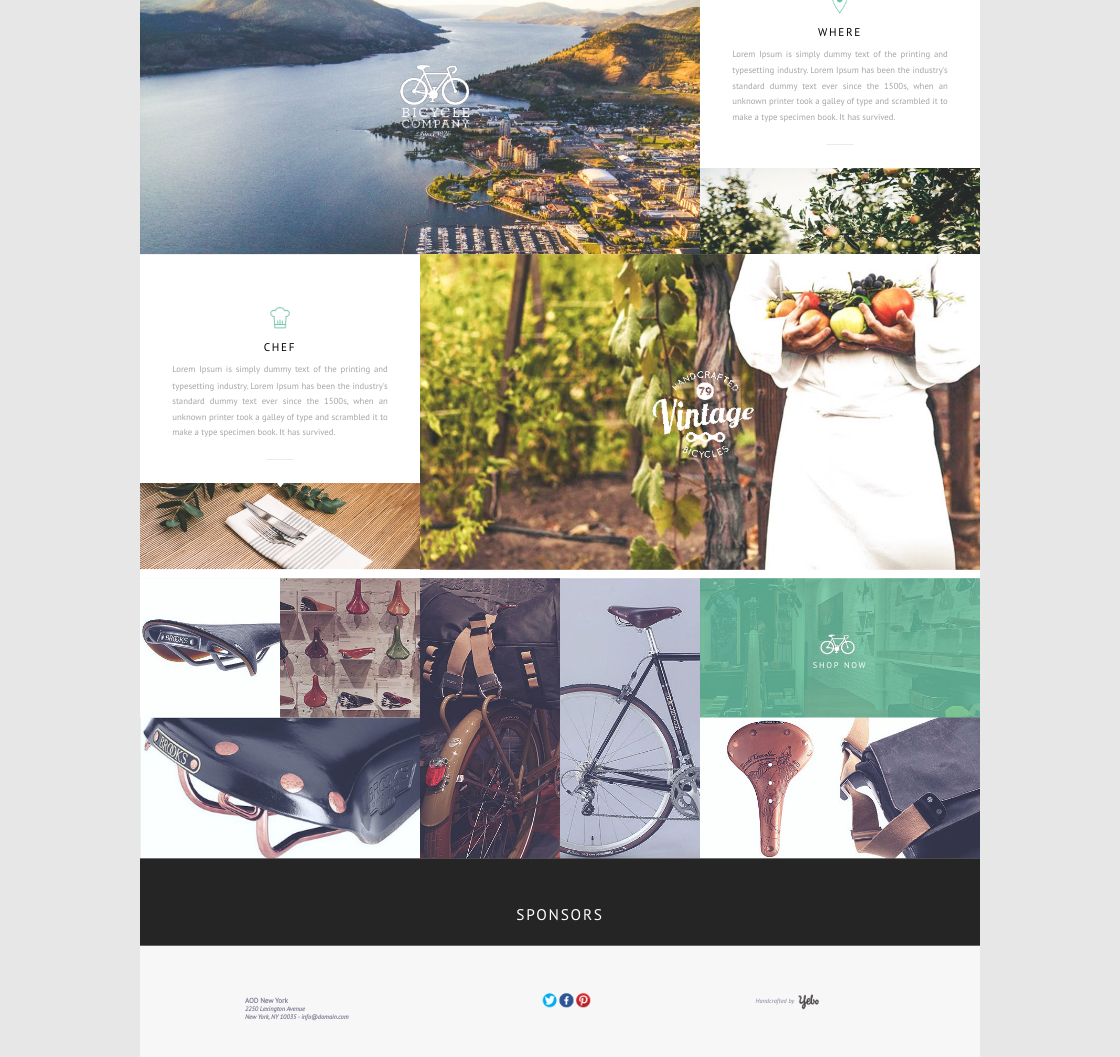
Repository: vancodes/longtable
Page: index.html
The author's editor kept a copy of each file at every save. The page is drawn from the files as they stood at one save, then again after the next save.
The browser window is 1280 px wide. The page is 1600 px wide, so the pictures cover 1600 px, including what lies to the right of the window. The pictures show the part of the page from y = 1260 to 2820 px (the page is 2770 px tall before and 2820 px after), at 70% of full size.

Above is the page before, as saved 2019-04-08 15:35:48.

### index.html
<!DOCTYPE html>
<html>

<head>
  <meta charset="utf-8">
  <link href="index.css" type="text/css" rel="stylesheet">
  <title>Long table</title>
</head>

<body>
  <div class="wrapper">
    <!--Intro Section-->
    <div class="topbar">
      <h1>
      <ul>
        <li><a href="#">About Us</a></li>
    	   <p>.</p>
        <li><a href="#">Info</a></li>
        <li><a href="#"><img src="assets\logo.png" alt="logo"></a></li>
        <li><a href="https://www.gofundme.com/breast-lung-and-melanoma-cancer">Donate</a></li>
    	   <p>.</p>
        <li><a href="#">Contact</a></li>
      </ul>
    </h1>
    </div>
    <div class="hero">
      <img src="assets/cover.jpg" alt="">
    </div>
    <!--Navigation Section-->
    <div class="main" align="center">
      <div class="first">
        <img src="assets\breast-cancer-icon.png" alt="bike chain">
        <h2>Long table dinner fundraiser</h2>
        <h4>When: TBD Kelowna</h4>
        <h4>Where: TBD Summer 2019</h4>
        <p>Join us for an long table diner by Chef x. This dinner raise for Shenah Mochenski to get treatment for cancer and rheumatoid arthritis at the TrueNorth Health Center</p>
        <div class="email-container">
            <button>Join us</button>
          </div>
      </div>
      <!--Image Section-->
      <div class="bike-images">
        <div class="first-container">
          <div class="first-left">
            <div id="bike-logo">
              <img src="assets/bike.png" alt="bike logo">
            </div>
            <div id="logo">
              <img src="assets/bicycle-company-logo.png" alt="company logo">
            </div>
            <div id="vintage-left">
              <img src="assets\bike-1.jpg" alt="bike handle">
            </div>
          </div>
          <div class="first-right">
            <div class="location">
              <img src="assets\location-icon.png" alt="frame icon">
            </div>
            <div id="vintage-text">
              <h3>WHERE</h3>
              <p>Lorem Ipsum is simply dummy text of the printing and typesetting industry. Lorem Ipsum has been the industry's standard dummy text ever since the 1500s, when an unknown printer took a galley of type and scrambled it to make a type specimen
                book. It has survived.</p>
            </div>
            <div class="divider-line"></div>
            <div id="first-vintage-seat">
              <img img src="assets\seat.jpg" alt="bike seat">
            </div>
            <div class="arrow-down"></div>
          </div>
        </div>
        <div class="second-container">
          <div class="second-left">
            <div class="chef">
              <img src="assets\chef-icon.png" alt="chef icon">
            </div>
            <div id="vintage-text">
              <h3>CHEF</h3>
              <p>Lorem Ipsum is simply dummy text of the printing and typesetting industry. Lorem Ipsum has been the industry's standard dummy text ever since the 1500s, when an unknown printer took a galley of type and scrambled it to make a type specimen
                book. It has survived.</p>
            </div>
            <div class="divider-line"></div>
            <div id="second-chef">
              <img src="assets\chef-2.jpg" alt="vintage bike seat">
            </div>
            <div class="arrow-down"></div>
          </div>
          <div class="second-right">
            <div id="vintage-logo">
              <img src="assets\vintage-logo.png" alt="vintage bike logo">
            </div>
            <div id="chef">
              <img src="assets\chef.jpg" alt="chef">
            </div>
          </div>
        </div>
        <!--<div class="retro-container">
          <div class="retro-left">
            <div id="retro-logo">
              <img src="assets/bicycle-logo.png" alt="Since 1962 logo">
            </div>
            <div id="retro-bike">
              <img src="assets\bike-rail.jpg" alt="bike rail">
            </div>
          </div>
          <div class="retro-middle">
            <div class="steering">
              <img src="assets\steering-icon.png" alt="steering icon">
            </div>
            <div id="vintage-text">
              <h3>Retro Bike - M. Hulot</h3>
              <p>Lorem Ipsum is simply dummy text of the printing and typesetting industry. Lorem Ipsum has been the industry's standard dummy text ever since the 1500s, when an unknown printer took a galley of type and scrambled it to make a type specimen
                book. It has survived.</p>
            </div>
            <div class="divider-line"></div>
            <div class="arrow-down"></div>
            <div id="retro-rail">
              <img src="assets\mavic.jpg" alt="vintage bike seat">
            </div>
          </div>
          <div class="retro-right">
            <div id="retro-bike-right">
              <img src="assets\bike-2.jpg" alt="retro bike">
            </div>
          </div>
        </div>
      </div>-->
      <!--Social Section-->
      <!--<div class="main" align="center">
        <div class="last">
          <img src="assets\twitter-icon.png" alt="Twitter icon"><br>
          <span>AOD New York @aod</span>
          <span class="twitter-time"> / 35 min</span >
            <p>Lorem ipsum dolor sit amet, consectetur adipiscing elit. Sed ut tellus ac nulla semper rhoncus. Nullam a odio porttitor, dictum turpis vitae, pretium ante amet.</p>
          </div>
      </div>-->
<!--slider-->
    <!--<div class="slider">
      <span class="dotfirst"></span>
          <span class="dot"></span>
          <span class="dot"></span>
        </div>-->
        <!--Photo Collage-->
        <div class="bottom-container">
          <div class="bottom-left">
            <div id="image-one">
              <img src="assets\bottom-image-1.jpg" alt="">
            </div>
            <div id="image-one">
              <img src="assets\bottom-image-2.jpg" alt="">
            </div>
            <div id="brooks-seat">
              <img src="assets\brooks-seat.png" alt="">
            </div>
          </div>
          <div class="bottom-middle">
            <div id="image-three">
              <img src="assets\bottom-image-3.jpg" alt="">
            </div>
            <div id="image-three">
              <img src="assets\bottom-image-4.jpg" alt="">
            </div>
          </div>
          <div class="bottom-right">
            <div id="bottom-bike-logo">
              <img src="assets/bike.png" alt="bike logo">
            </div>
            <div class="bottom-text">
              <p>shop now</p>
            </div>
            <div id="image-five">
              <img src="assets\bottom-image-5.jpg" alt="">
            </div>
            <div id="image-five">
              <img src="assets\bottom-image-6.jpg" alt="">
            </div>
          </div>
        </div>
        <div class="discover-container">
          <div class="discover-text">
            <button>Sponsors</button>
          </div>
        </div>
      </div>
      <div class="main" align="center">
        <div class="footer-container">
          <div class="footer-left">
            <span>AOD New York</span>
            <span class="footer-text">
      <p>2250 Lexington Avenue</p>
      <p>New York, NY 10035 - info@domain.com</p>
      </span >
      </div>
      <div class="footer-middle">
        <img src="assets\twitter.png" alt="twitter icon">
        <img src="assets\facebook.png" alt="facebook icon">
        <img src="assets\pinterest.png" alt="pinterest icon">
      </div>
      <div class="footer-right">
        <span class="footer-right-text">
          <p>Handcrafted by</p>
        </span>
            <img src="assets\yebo-logo.png" alt="yebo logo">
          </div>
        </div>
      </div>
      <!--end-->
    </div>
</body>
</html>

### index.css
/* http://meyerweb.com/eric/tools/css/reset/
   v2.0 | 20110126
   License: none (public domain)
*/

html, body, div, span, applet, object, iframe, h1, h2, h3, h4, h5, h6, p, blockquote, pre, a, abbr, acronym, address, big, cite, code, del, dfn, em, img, ins, kbd, q, s, samp, small, strike, strong, sub, sup, tt, var, b, u, i, center, dl, dt, dd, ol, ul, li, fieldset, form, label, legend, table, caption, tbody, tfoot, thead, tr, th, td, article, aside, canvas, details, embed, figure, figcaption, footer, header, hgroup, menu, nav, output, ruby, section, summary, time, mark, audio, video {
  margin: 0;
  padding: 0;
  border: 0;
  font-size: 100%;
  font: inherit;
  vertical-align: baseline;
}

/* HTML5 display-role reset for older browsers */

article, aside, details, figcaption, figure, footer, header, hgroup, menu, nav, section {
  display: block;
}

body {
  line-height: 1;
}

ol, ul {
  list-style: none;
}

blockquote, q {
  quotes: none;
}

blockquote:before, blockquote:after, q:before, q:after {
  content: '';
  content: none;
}

table {
  border-collapse: collapse;
  border-spacing: 0;
}

/*  fonts */

@font-face {
  font-family: PtSansWebBold;
  src: url(font/pt_sans-web-bold.ttf);
}

@font-face {
  font-family: PtSansWebBoldItalic;
  src: url(font/pt_sans-web-bolditalic.ttf);
}

@font-face {
  font-family: PtSansWebItalic;
  src: url(font/pt_sans-web-italic.ttf);
}

@font-face {
  font-family: PtSansWebRegular;
  src: url(font/pt_sans-web-regular.ttf);
}

body {
  font-family: PtSansWebRegular;
}

h1 {
  font-family: PtSansWebBold;
  font-size: 12px;
  text-transform: uppercase;
  letter-spacing: 2px;
}

h2 {
  font-family: PtSansWebBold;
  letter-spacing: 2.5px;
  text-transform: uppercase;
  text-align: center;
  line-height: 2.5em;
}

h3 {
  font-family: PtSansWebBold;
  letter-spacing: 2.5px;
  text-transform: uppercase;
  text-align: center;
  font-size: 12px;
  line-height: 2.5em;
}

h3 {
  font-family: PtSansWebRegular;
  letter-spacing: 2.5px;
  text-transform: uppercase;
  text-align: center;
  line-height: 2.5em;
  font-size: 16px;
}

h4 {
  font-family: PtSansWebRegular;
  font-size: 13px;
  text-transform: uppercase;
  letter-spacing: 2px;
  line-height: 2.1em;
}


p {
  font-family: PtSansWebRegular;
  font-size: 12px;
  color: #838199;
  text-align: center;
  line-height: 1.8em;
}

.bike-images p {
  font-family: PtSansWebRegular;
  font-size: 12.5px;
  color: #a5a5a5;
  text-align: justify;
  line-height: 1.8em;
}

.last span {
  font-family: PtSansWebBold;
  display: inline;
  font-size: 12px;
  text-align: center;
  line-height: 2.8em;
  letter-spacing: 1.5px;
}

.last .twitter-time {
  font-family: PtSansWebRegular;
  font-size: 12px;
  text-align: center;
  letter-spacing: 1.5px;
  color: #b2b1bd;
  padding-left: 6px;
}

.last p {
  font-family: PtSansWebItalic;
  font-size: 14px;
  color: #838199;
  text-align: center;
  line-height: 1.8em;
  padding: 0 55px;
}

.bottom-text p {
  font-family: PtSansWebRegular;
  letter-spacing: 2.5px;
  text-transform: uppercase;
  text-align: center;
  line-height: 2.5em;
  font-size: 12px;
  color: #fff;
}

.saddle-text p {
  font-family: PtSansWebItalic;
  font-size: 16px;
  text-align: center;
  letter-spacing: 0.5px;
  color: #838199;
  padding-left: 6px;
  margin-bottom: 20px;
}

/*  wrapper */

.wrapper {
  padding: 0 200px;
  width: 1200px;
  margin: 0 auto;
  background-color: #e8e7e7;
}

/* intro section */

.hero img {
  width: 100%;
}

.topbar {
  position: absolute;
  padding: 0px 317px;
  margin-top: 23px;
}

.topbar ul {
  width: 590px;
  margin: 0 auto;
}

.topbar li {
  display: inline-block;
  padding: 0 20px;
  float: left;
  position: relative;
  top: 52px;
  transform: translateY(-50%);
}

.topbar li a {
  text-decoration: none;
  color: #4D4B56;
}

.topbar li a img {
  width: 75px;
}

.hero img {
  vertical-align: bottom;
  width: 100%;
  padding-top: 150px;
  background-color: #F7F7F7
}

.topbar li a:hover {
  text-decoration: none;
  color: #ff000069;
}

.topbar p {
  padding: 0 20px;
  float: left;
  position: relative;
  top: 52px;
  transform: translateY(-50%);
  font-family: PtSansWebBold;
}

/* navigation section */

.main {
  background-color: #F7F7F7
}

.first {
  color: #4D4B56;
  padding: 80px 150px 80px 150px;
  max-width: 736px;
}

.first img {
  padding: 0px 46px;
}

/* bike images */

img {
  padding: 0;
  margin: 0;
}

.bike-images {
  background-color: #FFFF;
  position: relative;
}

.first-container {
  vertical-align: bottom;
  display: table;
}

.first-left {
  width: 800px;
  display: table-cell;
  vertical-align: bottom;
}

.first-right {
  display: table-cell;
  vertical-align: bottom;
  width: 400px;
}

#first-vintage-seat img {
  width: 400px;
  height: 123px;
  float: left;
}

#bike-logo img {
  width: 100px;
  position: absolute;
  margin-top: 179px;
  transform: translatex(-29%);
}

#logo img {
  width: 100px;
  position: absolute;
  margin-top: 240px;
  transform: translateX(-26%);
}

#vintage-left img {
  float: left;
  margin: auto;
  width: 800px;
}

.location img {
  width: 30px;
  margin-bottom: 5px;
}

#vintage-text {
  height: 162px;
  margin-bottom: 18px;
  overflow: hidden;
}

#vintage-text p {
  padding: 0px 46px;
}

.divider-line {
  height: 1px;
  background-color: #e2e2e2;
  margin: 0px 180px 33px;
}

.arrow-down {
  width: 0px;
  height: 0px;
  border-left: 5px solid transparent;
  border-right: 5px solid transparent;
  border-top: 6px solid #FFFF;
  position: absolute;
  transform: translateX(1955%);
}

.second-container {
  vertical-align: bottom;
  display: table;
}

#second-chef img {
  width: 400px;
  height: 123px;
  float: left;
  margin-bottom: -1.6px;
}

.second-left {
  width: 333px;
  display: table-cell;
  vertical-align: bottom;
}

.chef img {
  width: 30px;
  margin-bottom: 5px;
}

#chef img {
  float: right;
  width: 800px;
  vertical-align: bottom;
  margin-bottom: -2px;
}

.second-right {
  display: table-cell;
  vertical-align: bottom;
  width: 656px;
}

#vintage-logo img {
  width: 145px;
  position: absolute;
  margin-top: 167px;
  transform: translateX(-47%);
}

.retro-container {
  vertical-align: bottom;
  display: table;
}

.retro-left {
  display: table-cell;
  vertical-align: bottom;
  width: 333px;
}

.retro-middle {
  width: 400px;
  display: table-cell;
  vertical-align: bottom;
}

.retro-right {
  display: table-cell;
  vertical-align: bottom;
  width: 400px;
}

#retro-logo img {
  width: 160px;
  position: absolute;
  margin-top: 197px;
  transform: translateX(-50%);
}

#retro-bike img {
  float: right;
  width: 400px;
  vertical-align: bottom;
}

#retro-bike-right img {
  float: right;
  width: 400px;
  vertical-align: bottom;
}

.steering img {
  height: 30px;
  margin-bottom: 5px;
}

#retro-rail img {
  width: 400px;
  height: 123px;
  vertical-align: bottom;
}

.bottom-container {
  vertical-align: bottom;
  display: table;
  margin-top: 14px;
}

.bottom-left {
  display: table-cell;
  vertical-align: bottom;
  width: 400px;
}

.bottom-middle {
  display: table-cell;
  vertical-align: bottom;
  width: 400px;
}

.bottom-right {
  display: table-cell;
  vertical-align: bottom;
  width: 400px;
}

#image-one img {
  float: left;
  width: 200px;
  vertical-align: bottom;
  max-height: 199px;
}

#brooks-seat img {
  float: left;
  width: 400px;
  vertical-align: bottom;
}

#image-three img {
  float: left;
  width: 200px;
  vertical-align: bottom;
}

#image-five img {
  float: left;
  width: 400px;
  vertical-align: bottom;
  margin-top: -1px;
}

#bottom-bike-logo img {
  width: 50px;
  position: absolute;
  margin-top: 79px;
  transform: translatex(-57%);
}

.bottom-text {
  position: absolute;
  padding: 0px -4px;
  margin-top: 108px;
  width: 400px;
}

/* twitter-last section */

.last {
  padding: 80px 150px 50px 150px;
  max-width: 736px;
}

.last img {
  width: 25px;
  padding-bottom: 15px;
}

.noBorder {
  border: 0;
}

/* slider */

.dotfirst {
  width: 0.50rem;
  height: 0.50rem;
  background-color: #ADB2B6;
  border-radius: 50%;
  display: inline-block;
}

.dot {
  width: 0.40rem;
  height: 0.40rem;
  border-radius: #ADB2B6;
  background-color: #FFF;
  border-radius: 50%;
  border: 1px solid #ADB2B6;
  display: inline-block;
  -moz-border-radius: 50%;
  -webkit-border-radius: 50
}

.slider {
  color: #4D4B56;
  padding: 0px 0px 30px 0px;
  max-width: 736px;
}

/* last section */

.discover-container {
  background-color: #252525;
  height: 75px;
  padding-top: 50px;
}

.discover-text button {
  border: none;
  padding: 3px 30px;
  margin: 0 493px;
  font-family: PtSansWebRegular;
  letter-spacing: 2.5px;
  text-transform: uppercase;
  text-align: center;
  line-height: 2.5em;
  font-size: 22px;
  color: #fff;
  background-color: #252525;
}

.discover-text button:hover {
  background-color: #fff;
  color: #252525;
  box-shadow: none;
  transform: none;
  transition: 0.1s ease-in-out;
}

.email-container {
  background-color: #f7f7f7;
  padding: 25px 150px 50px 0px;
}

.email-container img {
  width: 65px;
  padding: 10px 420px;
}

input {
  border: 1px solid #e8e7e7;
  padding: 5px 30px;
  margin: 3px 255px;
  position: absolute;
  padding: 9px 109px 9px 20px;
  font-family: PtSansWebItalic;
  font-size: 14px;
  color: #e8e7e7;
  text-align: center;
  line-height: 1.8em;
  text-align: left;
}

.email-container button {
  margin: 0px;
  position: absolute;
  background-color: #66c4a1;
  padding: 2px 40px;
  font-family: PtSansWebRegular;
  letter-spacing: 2.5px;
  text-transform: uppercase;
  text-align: center;
  line-height: 2.5em;
  font-size: 16px;
  color: #fff;
}

.email-container button:hover {
  background-color: #fff;
  color: #66c4a1;
  box-shadow: none;
  transform: none;
  transition: 0.1s ease-in-out;
}

.footer-container {
  background-color: #f7f7f7;
  padding: 50px 150px;
  display: table
}

.footer-left {
  display: table-cell;
  width: 400px;
  text-align: left;
}

.footer-left span {
  font-size: 10px;
  color: #838199;
  font-weight: bold;
}

.footer-text p {
  font-family: PtSansWebItalic;
  font-size: 9px;
  color: #838199;
  line-height: 1.4em;
  text-align: left;
}

.footer-middle {
  display: table-cell;
  width: 400px;
  transform: translateX(33%);
  vertical-align: middle;
}

.footer-middle img {
  width: 20px;
}

.footer-right {
  width: 400px;
}

.footer-right-text p {
  font-family: PtSansWebItalic;
  font-size: 9px;
  color: #838199;
  line-height: 1.4em;
  margin-top: 23px;
  width: 60px;
  transform: translateX(95%);
}

.footer-right img {
  width: 30px;
  transform: translateX(300%);
  padding-top: 0px;
  margin-top: -16px;
  position: absolute;
}

After the next save:
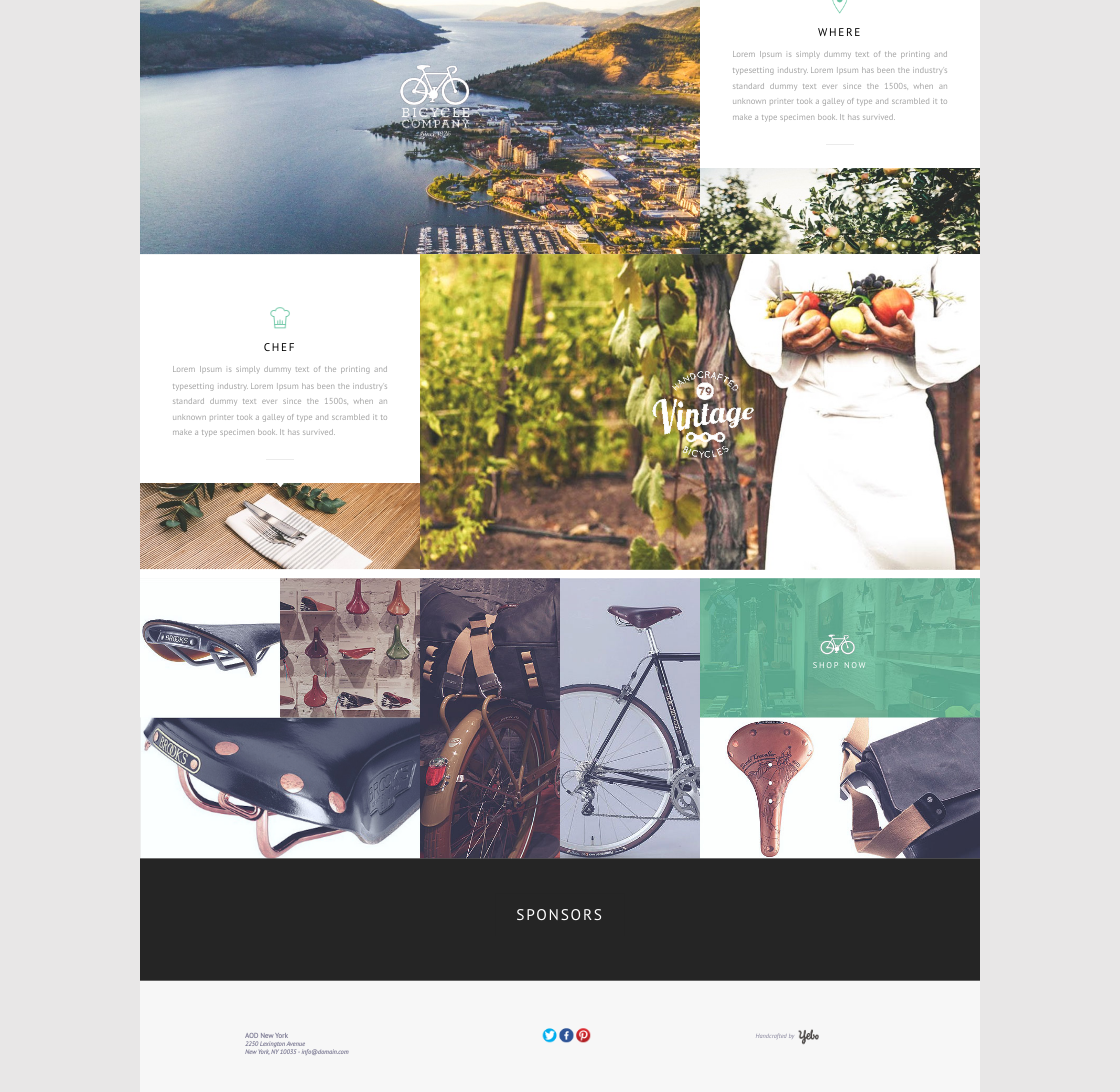
Saved 58 s later.
--- a/index.css
+++ b/index.css
@@ -547,7 +547,7 @@ img {
 .discover-container {
   background-color: #252525;
   height: 75px;
-  padding-top: 50px;
+  padding: 50px 0px;
 }
 
 .discover-text button {
